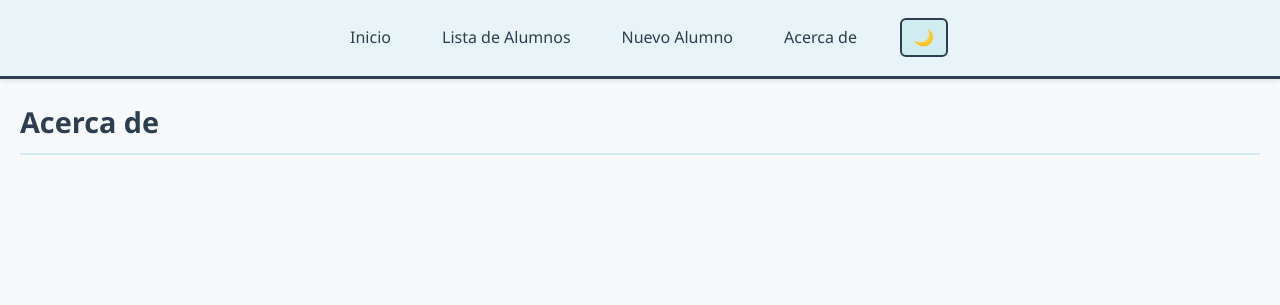
Repository: EduardTr48/pv_tp5_grupo4
Page: /acerca-de
The author's editor kept a copy of each file at every save. The page is drawn from the files as they stood at one save, then again after the next save.
The browser window is 1280 px wide. The pictures show the whole page.
The project was rebuilt for these pictures with package versions that can differ from the ones it lists, and the page was loaded fresh each time. Also part of the build but not shown: vite.config.js.

Above is the page before, as saved 2025-06-05 23:25:46.

After the next save:
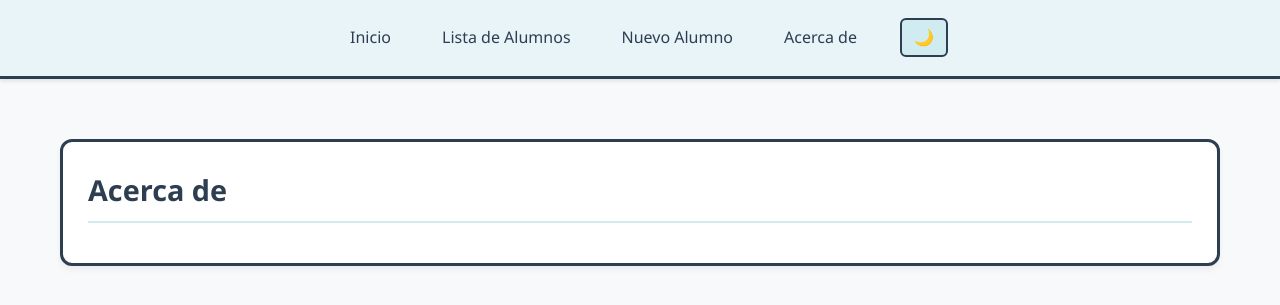
Saved 14 s later.
--- a/src/App.jsx
+++ b/src/App.jsx
@@ -5,15 +5,61 @@ import NavBar from './components/NavBar.jsx';
 const App = () => {
   const [count, setCount] = useState(0)
 
-  const HomePage = () => (
-    <div className="container">
-      <div className="card">
-        <h1>Bienvenido al Sistema de Gestión de Alumnos</h1>
-        <p>Este sistema te permite administrar la información de los estudiantes de manera eficiente.</p>
-        <p>Utiliza el menú de navegación para acceder a las diferentes funcionalidades.</p>
+  const HomePage = () => {
+    // Ejemplo de evento onChange
+    const [mensaje, setMensaje] = useState('')
+
+    const handleInputChange = (event) => {
+      setMensaje(event.target.value)
+    }
+
+    // Ejemplo de evento onSubmit
+    const handleFormSubmit = (event) => {
+      event.preventDefault()
+      alert(`Mensaje enviado: ${mensaje}`)
+      setMensaje('')
+    }
+
+    return (
+      <div className="container">
+        <div className="card">
+          <h1>Bienvenido al Sistema de Gestión de Alumnos</h1>
+          <p>Este sistema te permite administrar la información de los estudiantes de manera eficiente.</p>
+          <p>Utiliza el menú de navegación para acceder a las diferentes funcionalidades.</p>
+
+          {/* Ejemplo de eventos sintéticos */}
+          <div style={{ marginTop: '20px', padding: '15px', border: '2px dashed var(--color-accent)', borderRadius: '8px' }}>
+            <h3>Ejemplos de Eventos en React:</h3>
+
+            {/* Evento onChange */}
+            <div style={{ margin: '10px 0' }}>
+              <label>
+                Escribe un mensaje (onChange):
+                <input
+                  type="text"
+                  value={mensaje}
+                  onChange={handleInputChange}
+                  placeholder="Escribe algo..."
+                  style={{ marginLeft: '10px', width: '200px' }}
+                />
+              </label>
+            </div>
+
+            {/* Evento onSubmit */}
+            <form onSubmit={handleFormSubmit} style={{ margin: '10px 0' }}>
+              <button type="submit">Enviar Mensaje (onSubmit)</button>
+            </form>
+
+            {mensaje && <p>Escribiendo: {mensaje}</p>}
+
+            <p style={{ fontSize: '12px', color: 'var(--color-text-light)', marginTop: '10px' }}>
+              💡 Tip: Presiona 'T' para cambiar el tema (evento nativo addEventListener)
+            </p>
+          </div>
+        </div>
       </div>
-    </div>
-  );
+    )
+  }
 
   return (
     <Router>
@@ -21,9 +67,9 @@ const App = () => {
       <div style={{ padding: '20px' }}>
         <Routes>
           <Route path="/" element={<HomePage />} />
-          <Route path="/alumnos" element={<div><h2>Lista de Alumnos</h2></div>} />
-          <Route path="/alumnos/nuevo" element={<div><h2>Nuevo Alumno</h2></div>} />
-          <Route path="/acerca-de" element={<div><h2>Acerca de</h2></div>} />
+          <Route path="/alumnos" element={<div className="container"><div className="card"><h2>Lista de Alumnos</h2></div></div>} />
+          <Route path="/alumnos/nuevo" element={<div className="container"><div className="card"><h2>Nuevo Alumno</h2></div></div>} />
+          <Route path="/acerca-de" element={<div className="container"><div className="card"><h2>Acerca de</h2></div></div>} />
         </Routes>
       </div>
     </Router>
